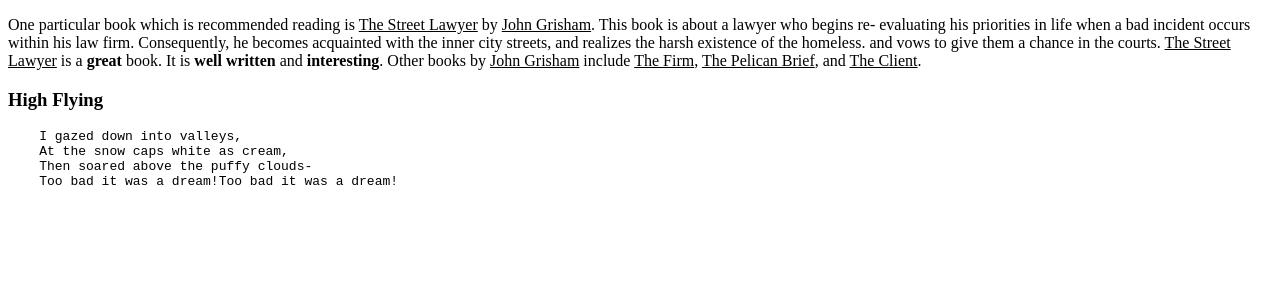
Repository: NguyenPhuSang21023391/HTCNWeb_T1-2
Page: TH_Tuan01/html/bai03.html
These files come from the project's save history. The page is drawn as it stood at one moment and after the next save; the edit follows.
The browser window is 1280 px wide. The pictures show the whole page.

Above is the page before, as saved 2023-02-19 15:49:45.

### TH_Tuan01/html/bai03.html
<!DOCTYPE html>
<html lang="en">
  <head>
    <meta charset="UTF-8" />
    <meta http-equiv="X-UA-Compatible" content="IE=edge" />
    <meta name="viewport" content="width=device-width, initial-scale=1.0" />
    <title>Document</title>
  </head>
  <body>
    <p>
      One particular book which is recommended reading is
      <u>The Street Lawyer</u> by <u>John Grisham</u>. This book is about a
      lawyer who begins re- evaluating his priorities in life when a bad
      incident occurs within his law firm. Consequently, he becomes acquainted
      with the inner city streets, and realizes the harsh existence of the
      homeless. and vows to give them a chance in the courts.
      <u>The Street Lawyer</u> is a <b>great</b> book. It is
      <b>well written</b> and <b>interesting</b>. Other books by
      <u>John Grisham</u> include <u>The Firm</u>, <u>The Pelican Brief</u>, and
      <u>The Client</u>.
    </p>

    <h3>High Flying</h3>
    <pre style="text-align: ">
    I gazed down into valleys,
    At the snow caps white as cream,
    Then soared above the puffy clouds-
    Too bad it was a dream!Too bad it was a dream!</pre
    >
  </body>
</html>

After the next save:
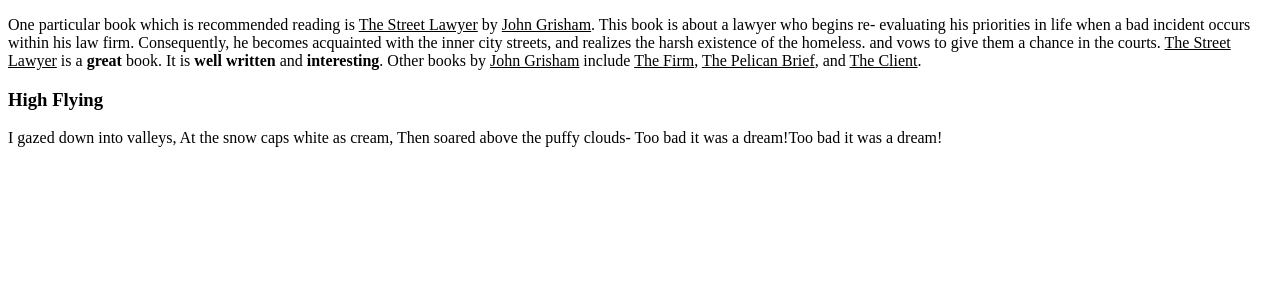
Saved 26 s later.
--- a/TH_Tuan01/html/bai03.html
+++ b/TH_Tuan01/html/bai03.html
@@ -21,11 +21,9 @@
     </p>
 
     <h3>High Flying</h3>
-    <pre style="text-align: ">
-    I gazed down into valleys,
-    At the snow caps white as cream,
-    Then soared above the puffy clouds-
-    Too bad it was a dream!Too bad it was a dream!</pre
-    >
+    <p style="text-align: ">
+      I gazed down into valleys, At the snow caps white as cream, Then soared
+      above the puffy clouds- Too bad it was a dream!Too bad it was a dream!
+    </p>
   </body>
 </html>
